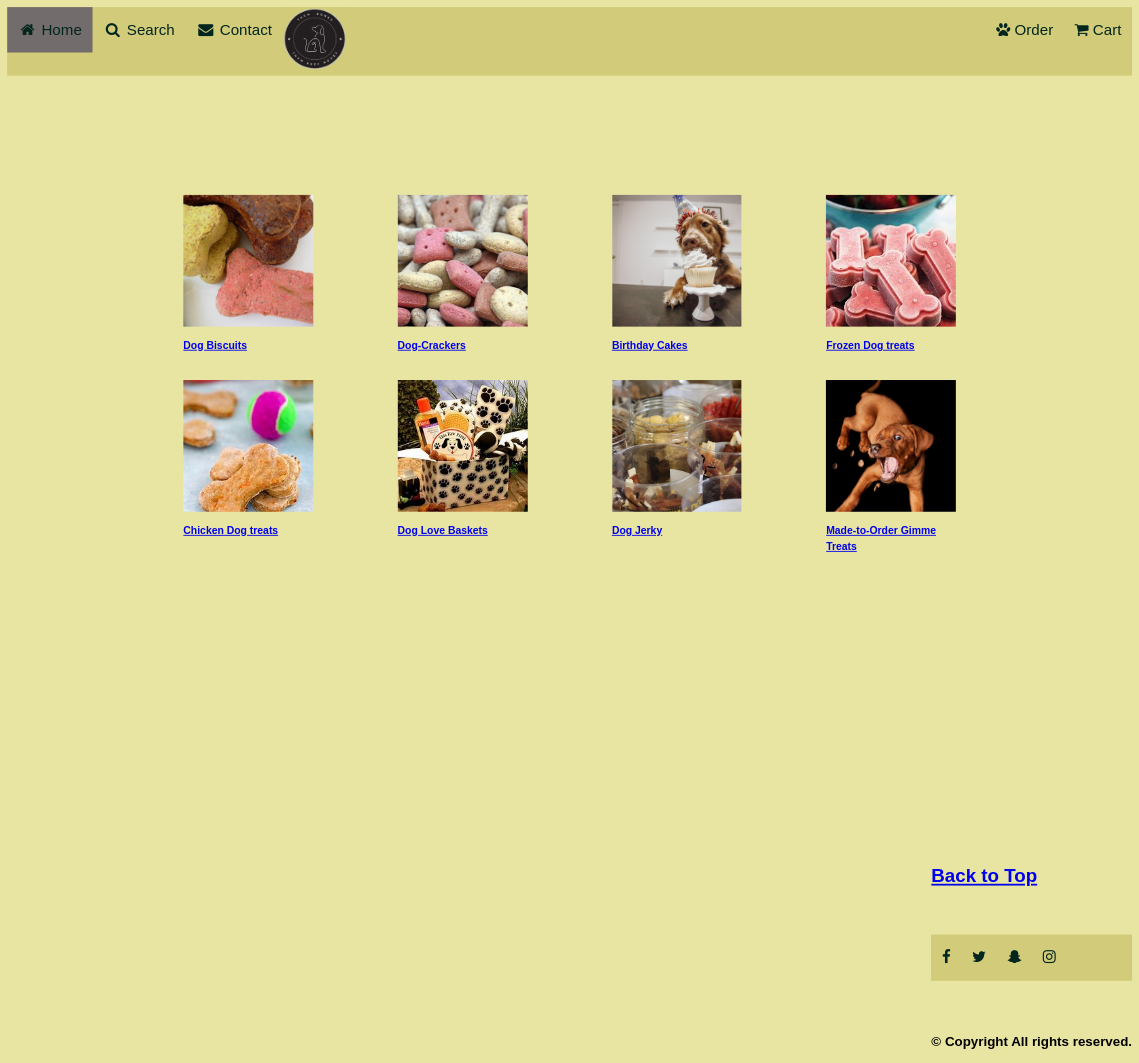
Repository: vgoins-RA2022/HTML-1
Page: index.html
These files come from the project's save history. The page is drawn as it stood at one moment and after a run of saves; the edit follows.
The browser window is 1280 px wide. The pictures show the whole page, at 89% of full size.

Above is the page before, as saved 2023-01-21 19:30:55.

After the next 2 saves:
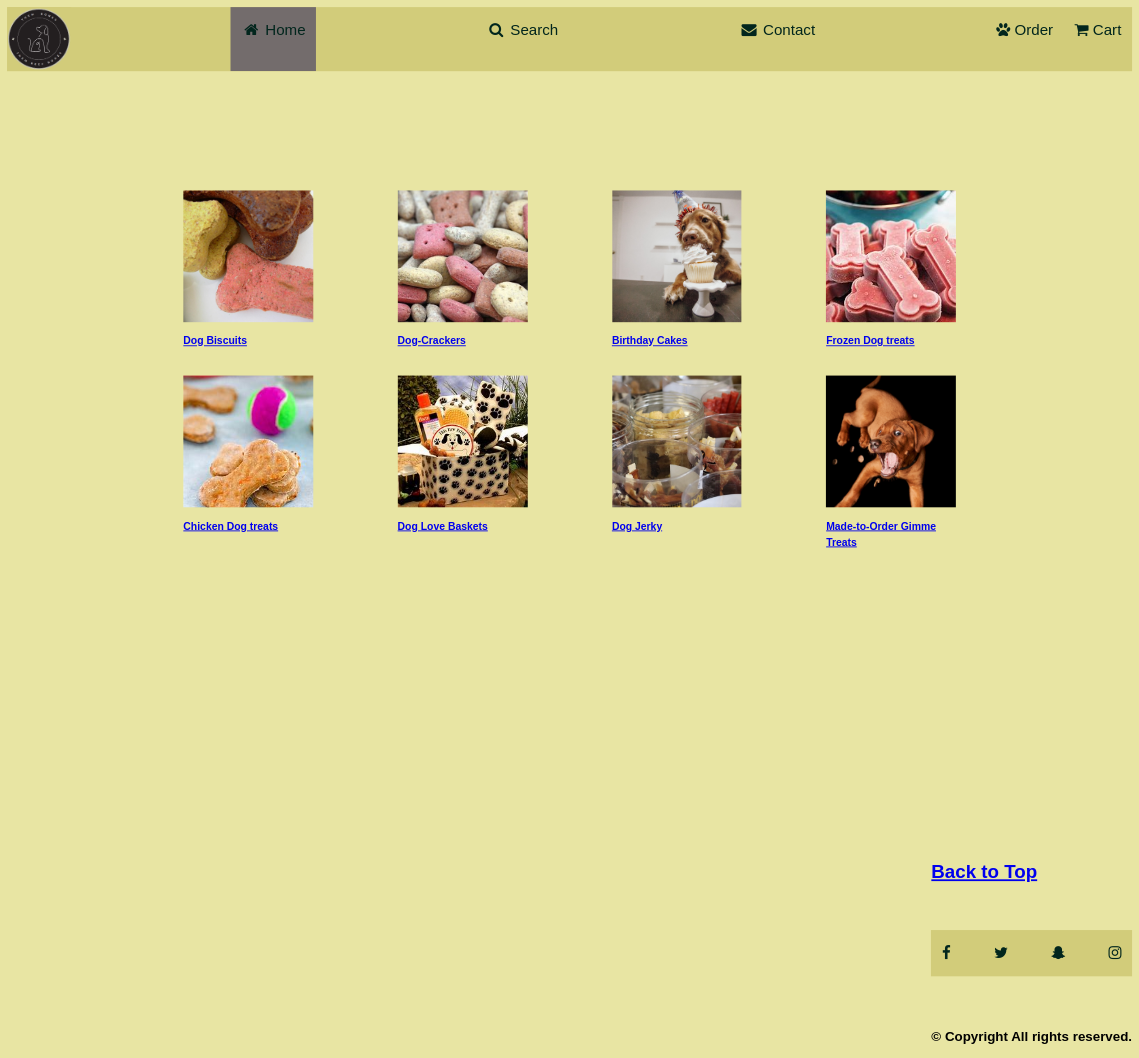
The 2 saves are shown as one change because they came seconds apart.
The last was saved 22 s later.
--- a/src/css/Style.css
+++ b/src/css/Style.css
@@ -155,6 +155,18 @@
   background-color: #666;
   color: white;
 }
+
+.navbar {
+  display: flex;
+  justify-content: space-between;
+}
+.col-left {
+  text-align: left;
+}
+.col-right {
+  text-align: right;
+}
+
 
 .footer {
   background: #061D25;

After the 3 saves that followed:
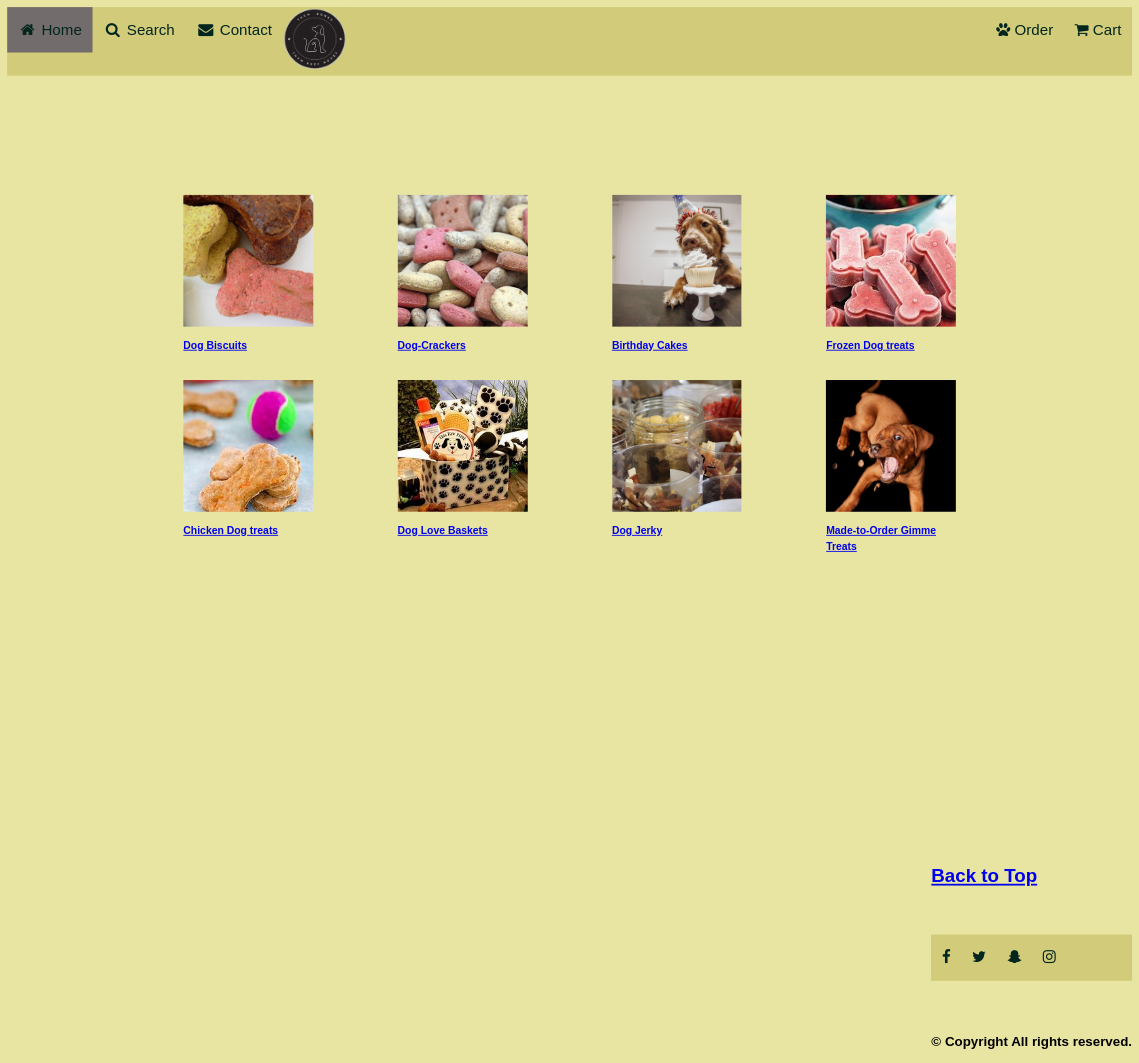
The 3 saves are shown as one change because they came seconds apart.
The last was saved 25 s later.
--- a/src/css/Style.css
+++ b/src/css/Style.css
@@ -156,7 +156,7 @@
   color: white;
 }
 
-.navbar {
+.navbar-footer {
   display: flex;
   justify-content: space-between;
 }
